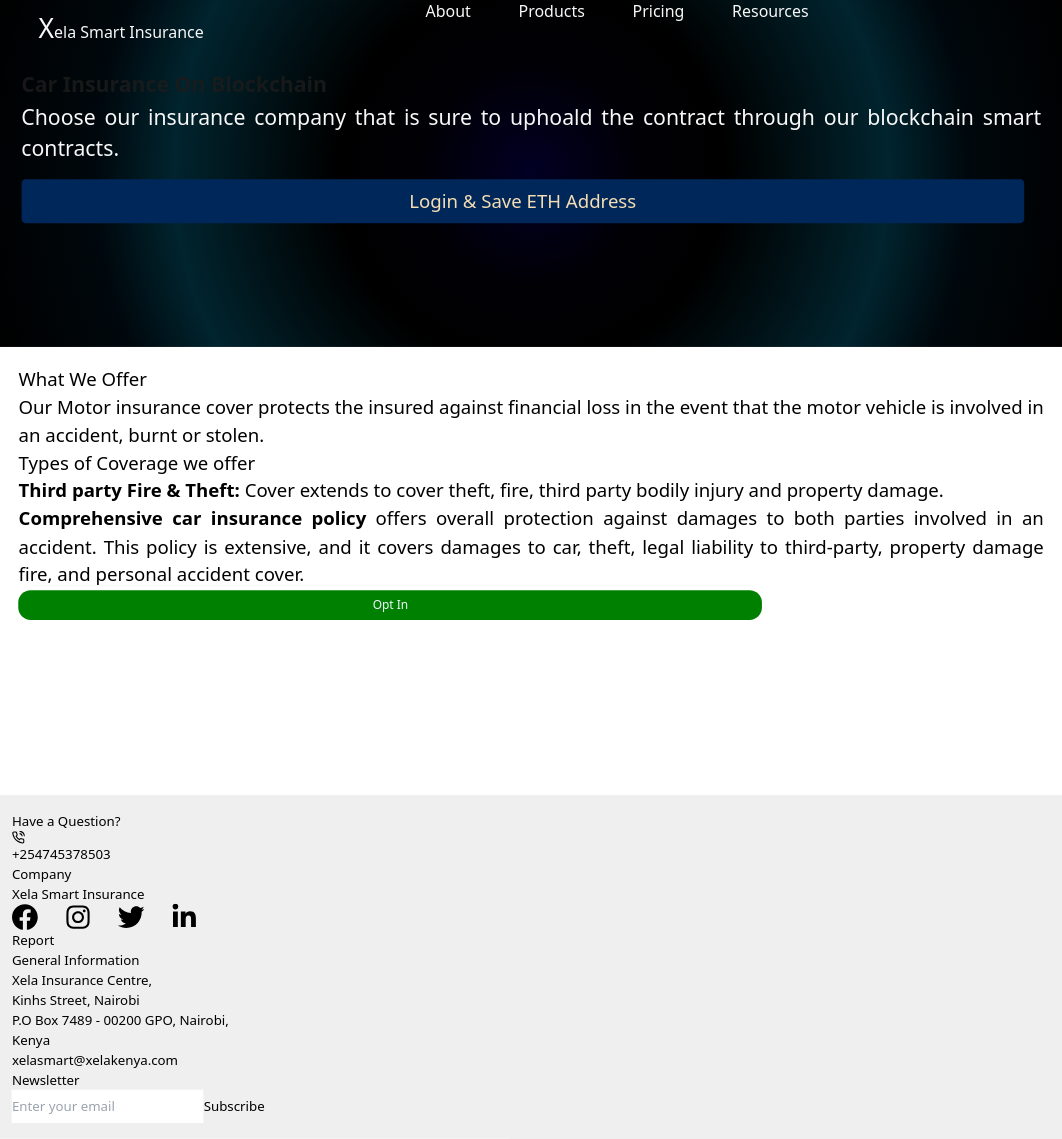
Repository: ALVIN-OBONYO/Xela-smart_insuarance
Page: / (app in frontend/)
An editor plug-in stored every save of this project. The page is shown before and after the next save, followed by the edit.
The browser window is 1280 px wide. The pictures show the whole page, at 83% of full size.
The project was rebuilt for these pictures with package versions that can differ from the ones it lists, and the page was loaded fresh each time. Also part of the build but not shown: frontend/src/Components/Cards.jsx, frontend/src/Pages/Policies.jsx, frontend/src/Components/Calendar.css, frontend/src/Components/Calendar.jsx, frontend/src/Components/Input.js, frontend/src/Components/Upload.css, frontend/src/Components/Upload.js, frontend/src/Pages/ReportForm.jsx and 3 more.

Above is the page before, as saved 2022-10-03 10:41:57.

After the next save:
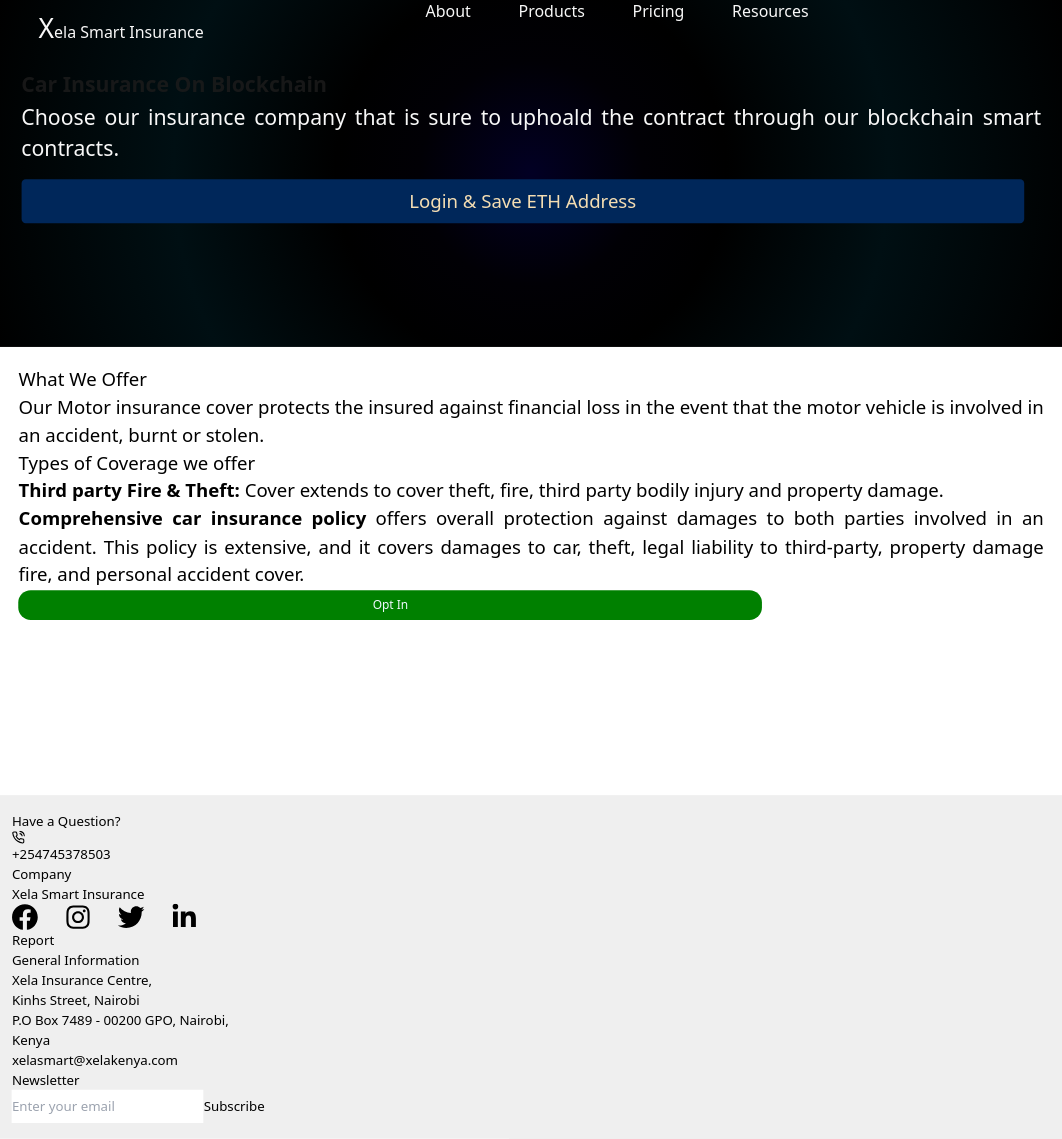
Saved 4 min 18 s later.
--- a/frontend/src/Components/Navbar.css
+++ b/frontend/src/Components/Navbar.css
@@ -46,7 +46,7 @@ nav {
 }
 header {
     background: rgb(2,0,36);
-    background: radial-gradient(circle, rgba(2,0,36,1) 0%, rgba(1,0,5,1) 20%, rgba(0,0,0,1) 35%, rgba(1,36,46,1) 64%, rgba(0,8,13,1) 78%, rgba(0,0,0,1) 100%);
+background: radial-gradient(circle, rgba(2,0,36,1) 0%, rgba(1,0,5,1) 20%, rgba(0,0,0,1) 35%, rgba(0,15,19,1) 64%, rgba(0,0,0,1) 100%);
     color: rgb(248, 248, 248);
 }
 
